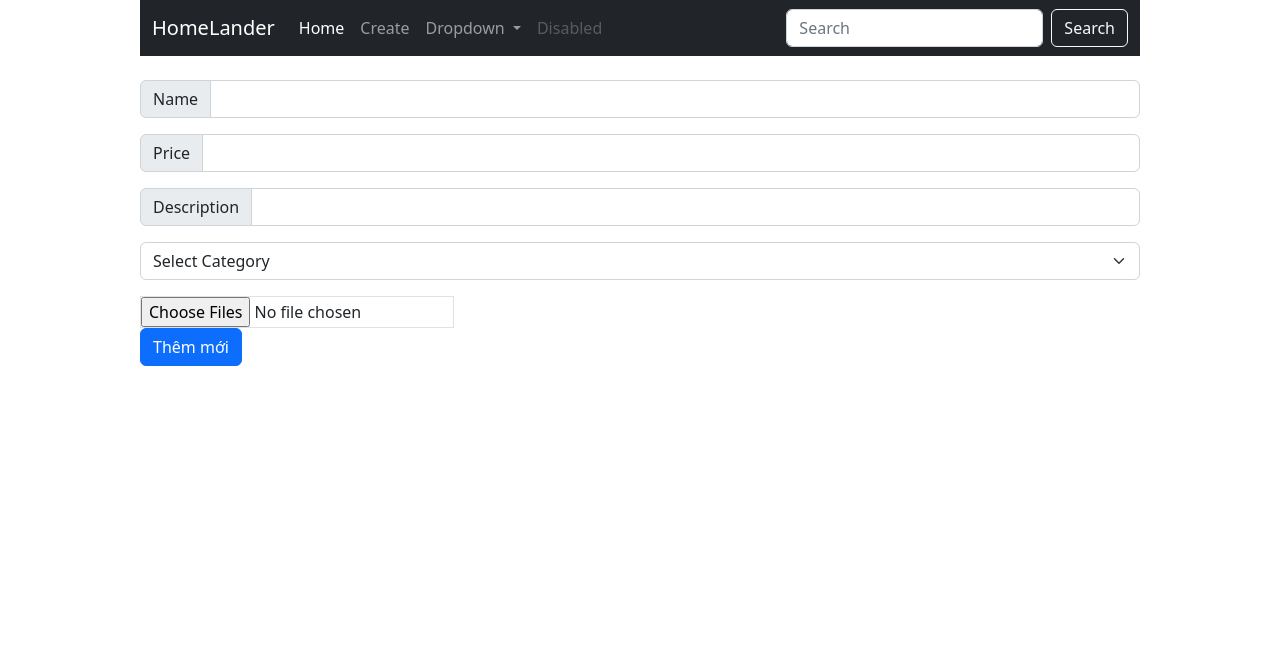
Repository: nguyenhung50497/MD3_CRUD-2Table
Page: src/views/create.html
An editor plug-in stored every save of this project. The page is shown before and after the next save, followed by the edit.
The browser window is 1280 px wide. The pictures show the whole page.

Above is the page before, as saved 2022-12-29 08:50:34.

After the next save:
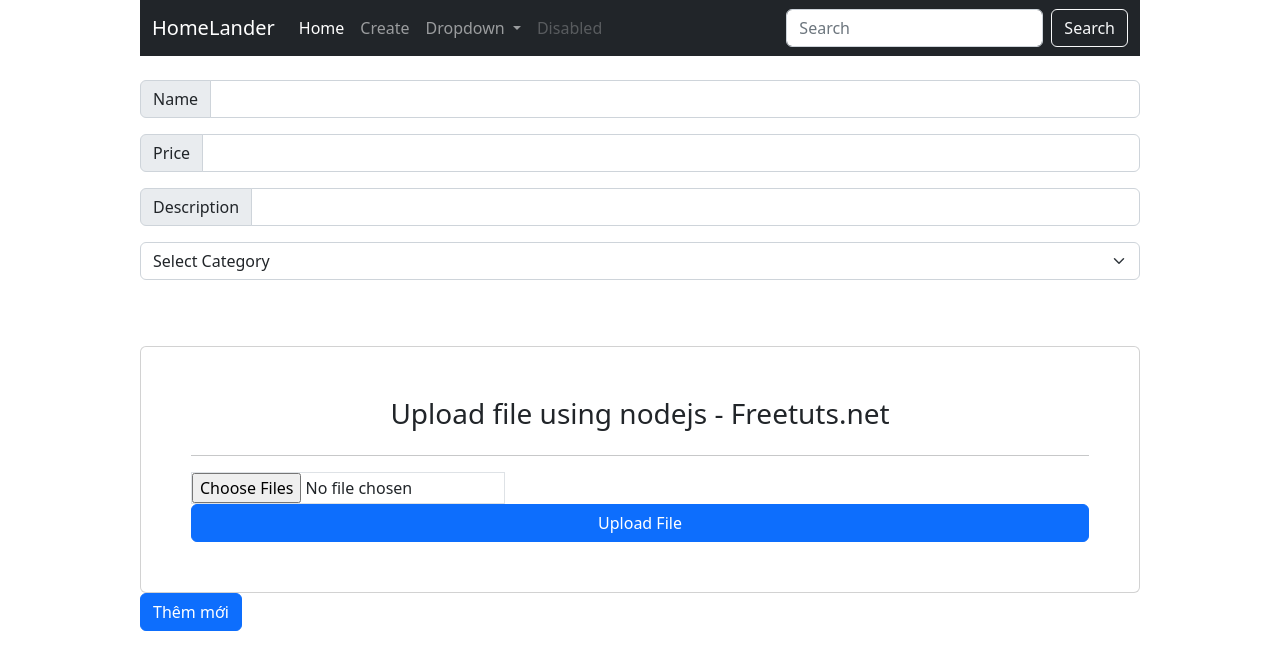
Saved 9 s later.
--- a/src/views/create.html
+++ b/src/views/create.html
@@ -64,9 +64,19 @@
             {categories}
           </select>
         </div>
-        <div class="form-group">
-          <input  type="file" name="multipleFiles" class="form-control-file border" multiple>
-        </div>
+        <div class="row" >
+          <div class="col-md-12">
+              <div class="card"  style="margin-top: 5%; padding: 5%;">
+                  <h3 style="text-align: center;">Upload file using nodejs - Freetuts.net</h3><hr>
+                  <form action="/upload" method="POST" enctype="multipart/form-data">
+                      <div class="form-group">
+                          <input multiple type="file" name="img" class="form-control-file border">
+                      </div>
+                      <button type="submit" class="btn btn-primary btn-block">Upload File</button>
+                  </form>
+              </div>
+          </div>
+      </div>
         <button type="submit" class="btn btn-primary">Thêm mới</button>
     </form>
     </div>
